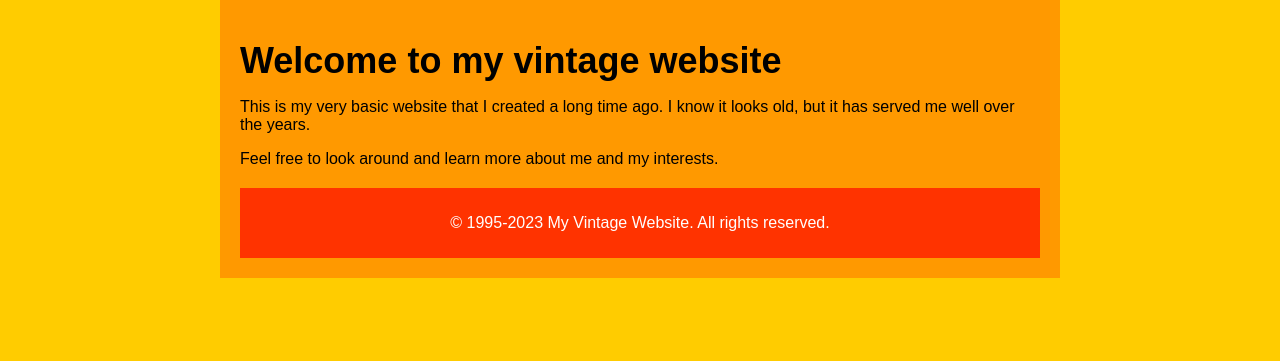
Repository: RennarDeer/RenDev
Page: index.html
The author's editor kept a copy of each file at every save. The page is drawn from the files as they stood at one save, then again after the next save.
The browser window is 1280 px wide. The pictures show the whole page.

Above is the page before, as saved 2023-02-14 19:23:43.

### index.html
<!DOCTYPE html>
<html>
<head>
	<title>My Vintage Website</title>
	<link rel="stylesheet" type="text/css" href="style.css">
</head>
<body>
	<div id="container">
		<div id="content">
			<h1>Welcome to my vintage website</h1>
			<p>This is my very basic website that I created a long time ago. I know it looks old, but it has served me well over the years.</p>
			<p>Feel free to look around and learn more about me and my interests.</p>
		</div>

		<footer>
			<p>&copy; 1995-2023 My Vintage Website. All rights reserved.</p>
		</footer>
	</div>
</body>
</html>

### style.css
body {
	background-color: #ffcc00;
	font-family: Arial, sans-serif;
	margin: 0;
	padding: 0;
}

#container {
	margin: 0 auto;
	max-width: 800px;
	padding: 20px;
	background-color: #ff9900;
}

header {
	background-color: #ff3300;
	color: #fff;
	padding: 10px;
}

h1 {
	font-size: 36px;
	margin: 0;
}

nav {
	margin-top: 10px;
}

ul {
	list-style: none;
	margin: 0;
	padding: 0;
}

li {
	display: inline-block;
	margin-right: 20px;
}

a {
	color: #fff;
	text-decoration: none;
}

#content {
	margin-top: 20px;
}

h2 {
	font-size: 24px;
}

footer {
	margin-top: 20px;
	background-color: #ff3300;
	color: #fff;
	padding: 10px;
	text-align: center;
}

After the next save:
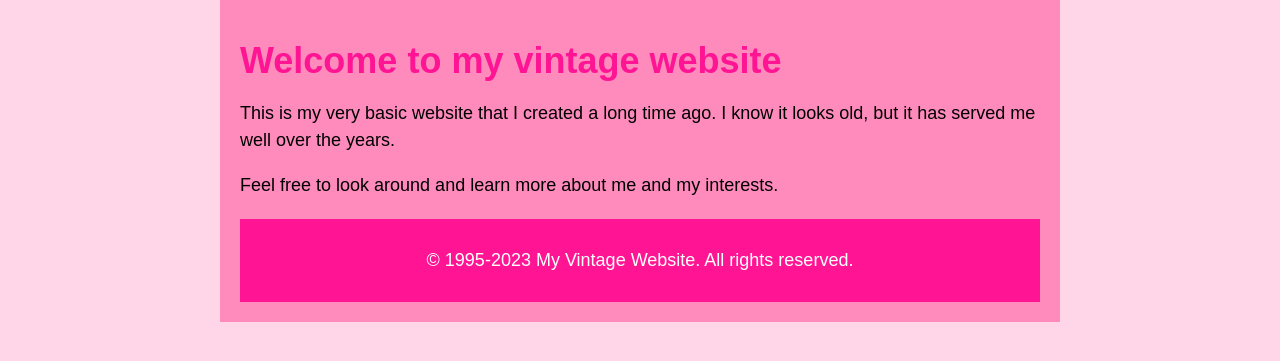
Saved 18 s later.
--- a/style.css
+++ b/style.css
@@ -1,5 +1,5 @@
 body {
-	background-color: #ffcc00;
+	background-color: #ffd6e8;
 	font-family: Arial, sans-serif;
 	margin: 0;
 	padding: 0;
@@ -9,51 +9,27 @@ body {
 	margin: 0 auto;
 	max-width: 800px;
 	padding: 20px;
-	background-color: #ff9900;
-}
-
-header {
-	background-color: #ff3300;
-	color: #fff;
-	padding: 10px;
-}
-
-h1 {
-	font-size: 36px;
-	margin: 0;
-}
-
-nav {
-	margin-top: 10px;
-}
-
-ul {
-	list-style: none;
-	margin: 0;
-	padding: 0;
-}
-
-li {
-	display: inline-block;
-	margin-right: 20px;
-}
-
-a {
-	color: #fff;
-	text-decoration: none;
+	background-color: #ff8bbd;
 }
 
 #content {
 	margin-top: 20px;
 }
 
-h2 {
-	font-size: 24px;
+h1 {
+	font-size: 36px;
+	color: #ff1493;
+	margin: 0;
+}
+
+p {
+	font-size: 18px;
+	line-height: 1.5;
 }
 
 footer {
 	margin-top: 20px;
-	background-color: #ff3300;
+	background-color: #ff1493;
 	color: #fff;
 	padding: 10px;
 	text-align: center;
